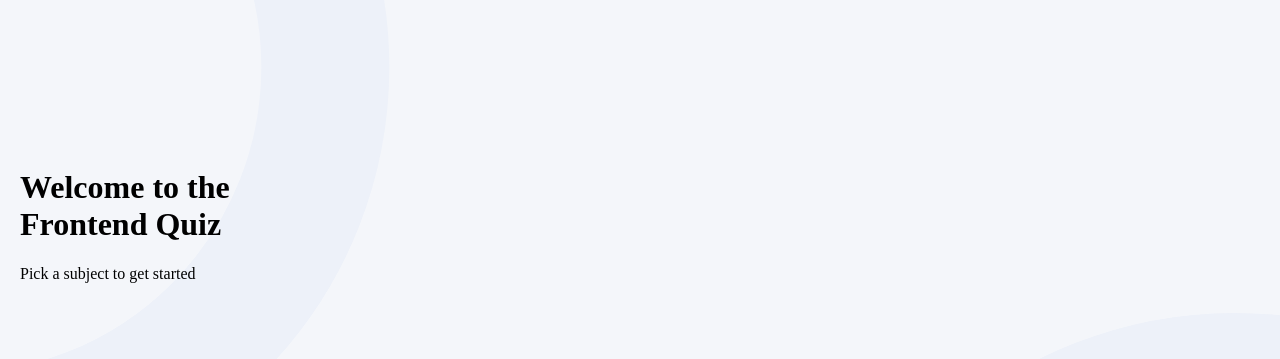
Repository: Daniel054311/Quiz-app-V1
Page: index.html
These files come from the project's save history. The page is drawn as it stood at one moment and after a run of saves; the edit follows.
The browser window is 1280 px wide. The pictures show the whole page.

Above is the page before, as saved 2024-01-30 23:43:35.

After the next 2 saves:
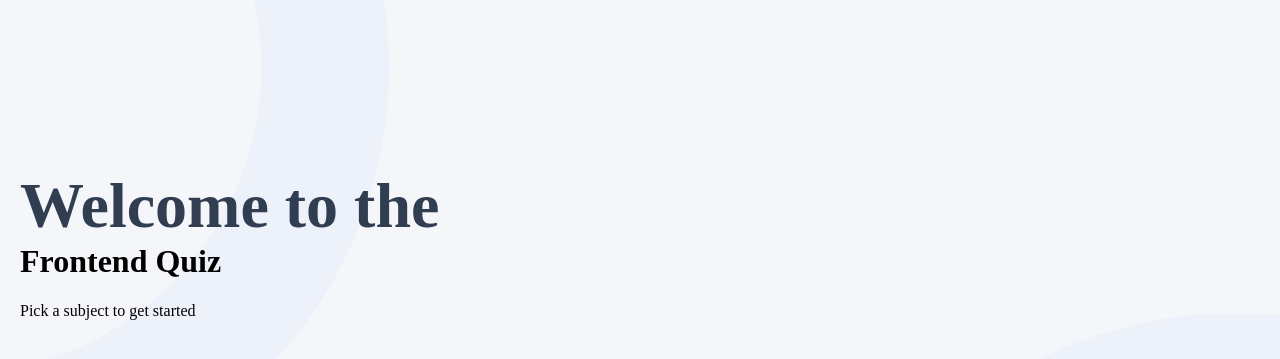
The 2 saves are shown as one change because they came seconds apart.
The last was saved 12 s later.
--- a/asset/style/index.css
+++ b/asset/style/index.css
@@ -83,7 +83,7 @@ body {
     flex: 1;
   }
   .left-container .Welcome{
-    font-size:
+    font-size: 64px;
     color:#313E51;
   }
 
